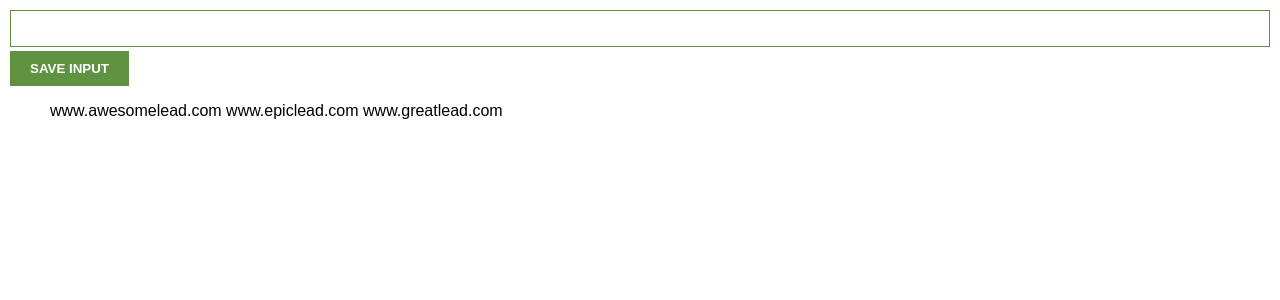
Repository: inno03/Chrome-clone-extension-app
Page: index.html
An editor plug-in stored every save of this project. The page is shown before and after the next save, followed by the edit.
The browser window is 1280 px wide. The pictures show the whole page.

Above is the page before, as saved 2023-03-09 16:22:15.

After the next save:
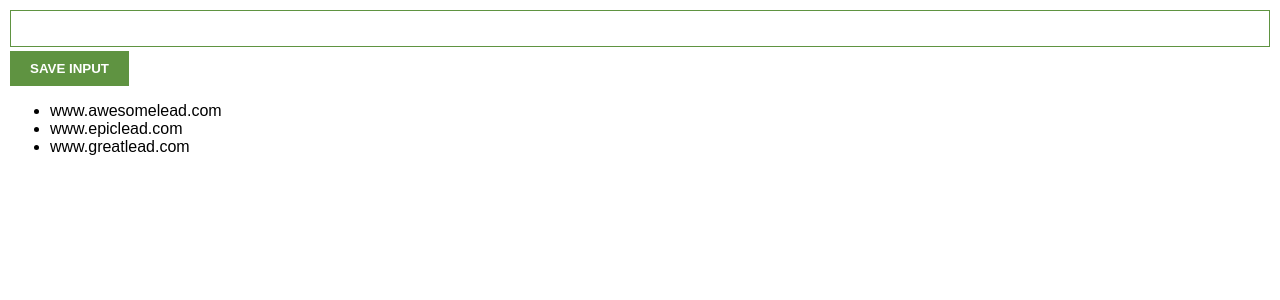
Saved 19 s later.
--- a/index.js
+++ b/index.js
@@ -8,6 +8,7 @@ inputBtn.addEventListener("click", function() {
     console.log(myLeads)
 })
 
+
 for (let i = 0; i < myLeads.length; i++) {
-    ulEl.textContent += myLeads[i] + " "
+    ulEl.innerHTML += "<li>" + myLeads[i] + "</li>"
 }
